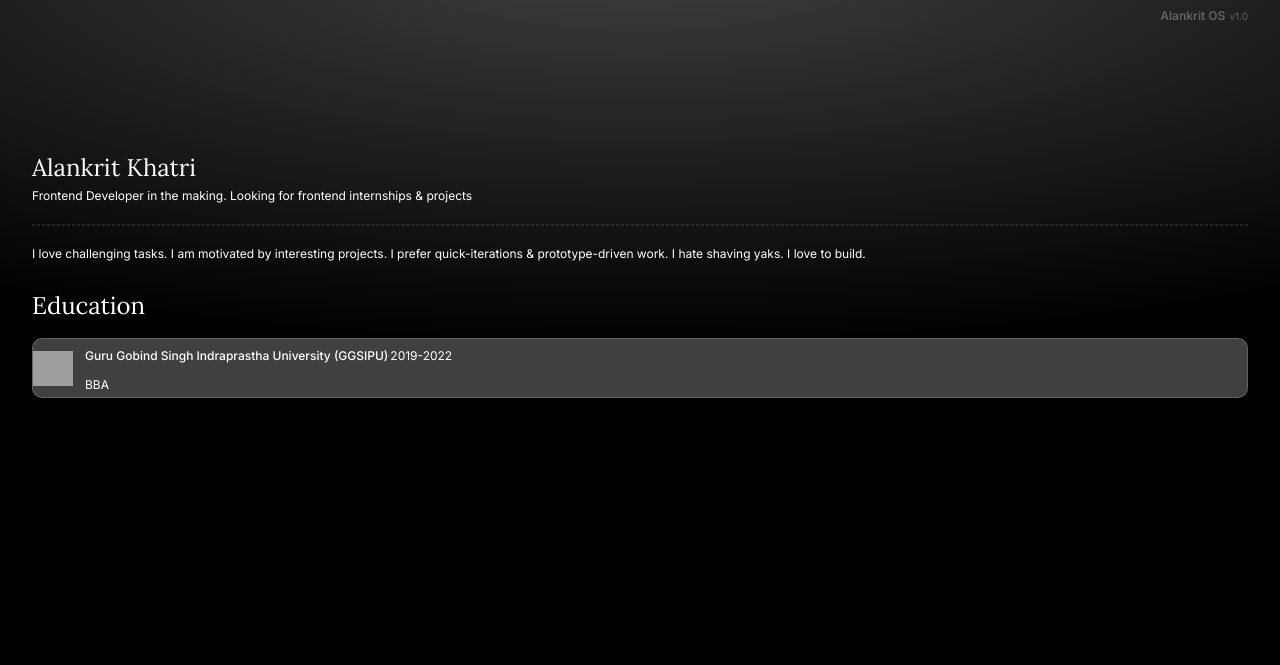
Repository: alankritkhatri/alankrit.xyz
Page: /
The author's editor kept a copy of each file at every save. The page is drawn from the files as they stood at one save, then again after the next save.
The browser window is 1280 px wide. The pictures show the whole page.
Pictures or frames that could not be fetched are drawn as grey boxes. The project was rebuilt for these pictures with package versions that can differ from the ones it lists, and the page was loaded fresh each time. Also part of the build but not shown: vite.config.js, src/blog.jsx.

Above is the page before, as saved 2024-08-11 21:25:59.

After the next save:
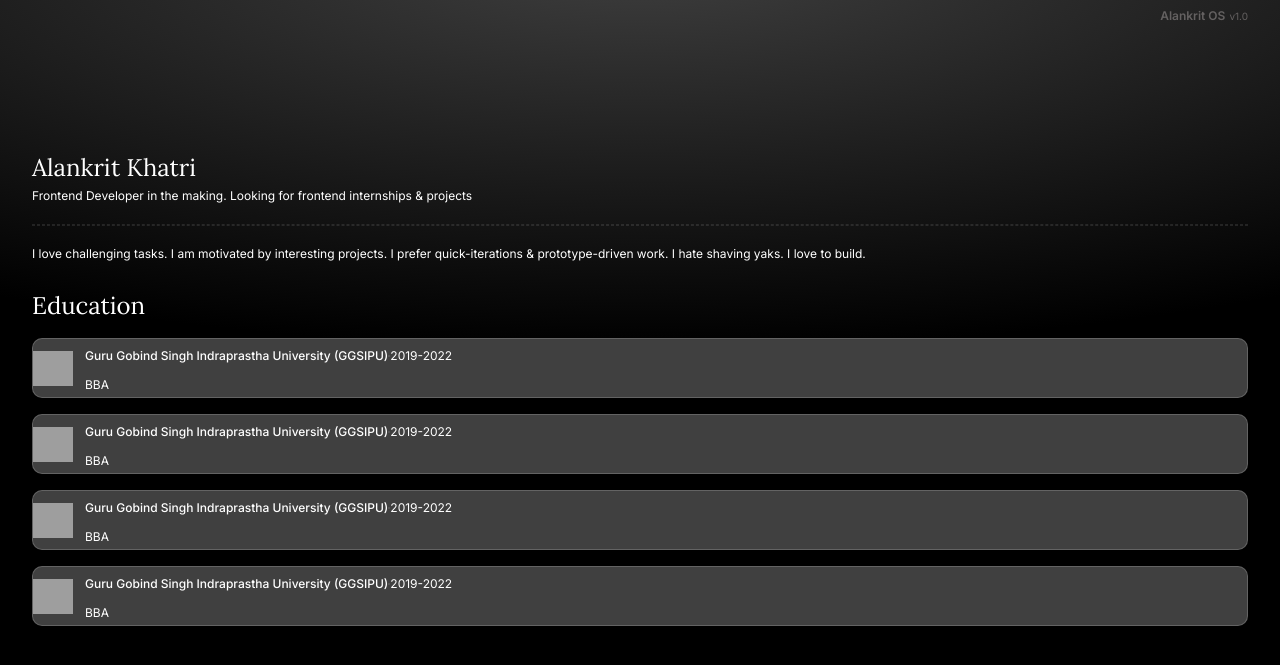
Saved 23 s later.
--- a/src/pages/Home/Home.jsx
+++ b/src/pages/Home/Home.jsx
@@ -32,6 +32,9 @@
       <div className="education-section">
         <h1>Education</h1>
         <Infosection {...data} />
+        <Infosection {...data} />
+        <Infosection {...data} />
+        <Infosection {...data} />
 
 
 

After the save that followed:
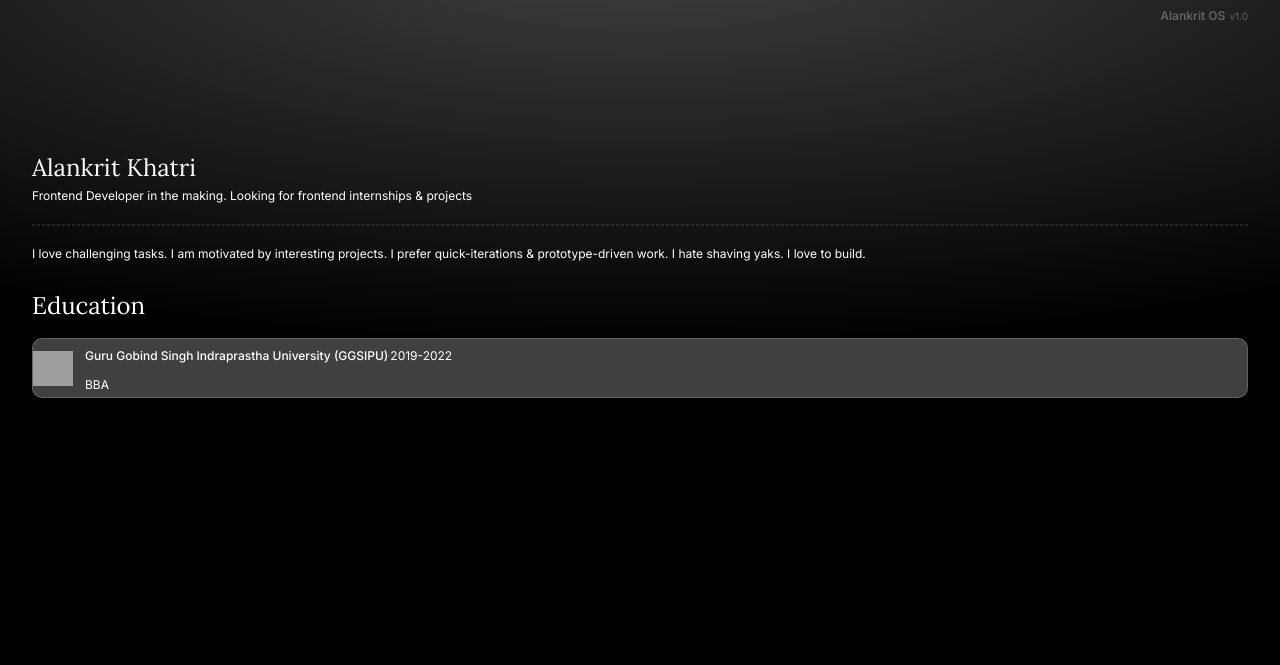
Saved 4 s later.
--- a/src/pages/Home/Home.jsx
+++ b/src/pages/Home/Home.jsx
@@ -32,9 +32,6 @@
       <div className="education-section">
         <h1>Education</h1>
         <Infosection {...data} />
-        <Infosection {...data} />
-        <Infosection {...data} />
-        <Infosection {...data} />
 
 
 
